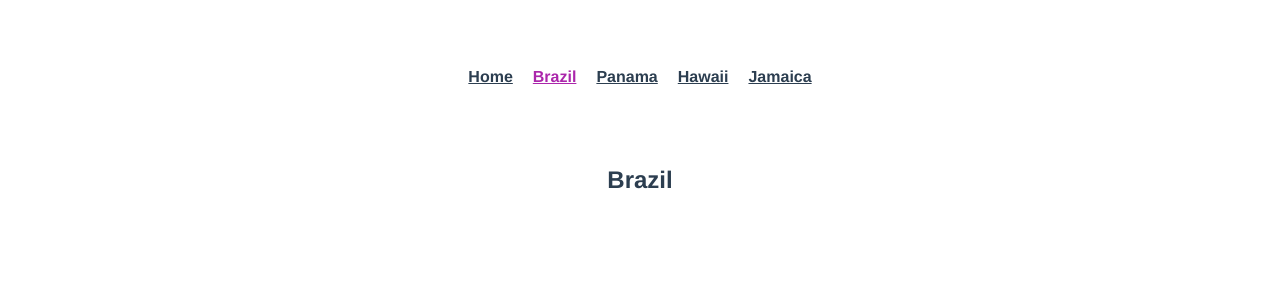
Repository: June-Hall/MiniTravelApp
Page: /#/brazil
These files come from the project's save history. The page is drawn as it stood at one moment and after the next save; the edit follows.
The browser window is 1280 px wide. The pictures show the whole page.
The project was rebuilt for these pictures with package versions that can differ from the ones it lists, and the page was loaded fresh each time. Also part of the build but not shown: vue.config.js, src/store.js, src/views/HomeView.vue.

Above is the page before, as saved 2023-03-29 20:54:43.

After the next save:
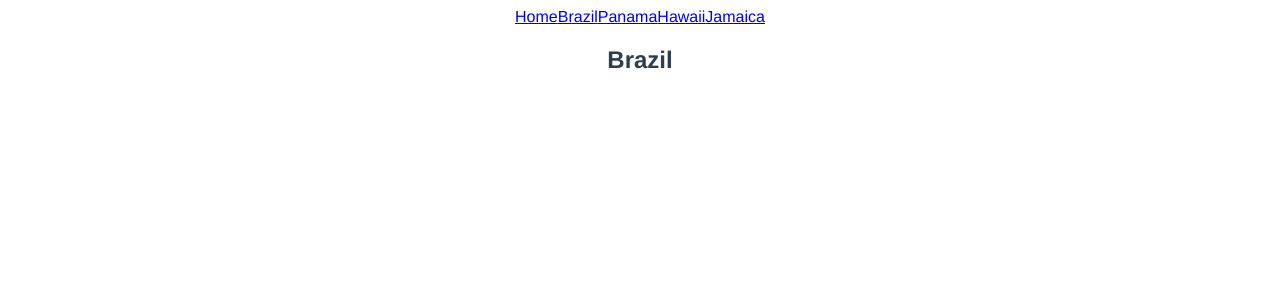
Saved 17 s later.
--- a/src/App.vue
+++ b/src/App.vue
@@ -24,17 +24,5 @@ export default {
   color: #2c3e50;
 }
 
-nav {
-  padding: 30px;
-}
 
-nav a {
-  font-weight: bold;
-  color: #2c3e50;
-  padding: 0 10px;
-}
-
-nav a.router-link-exact-active {
-  color: #ab26ab;
-}
 </style>
